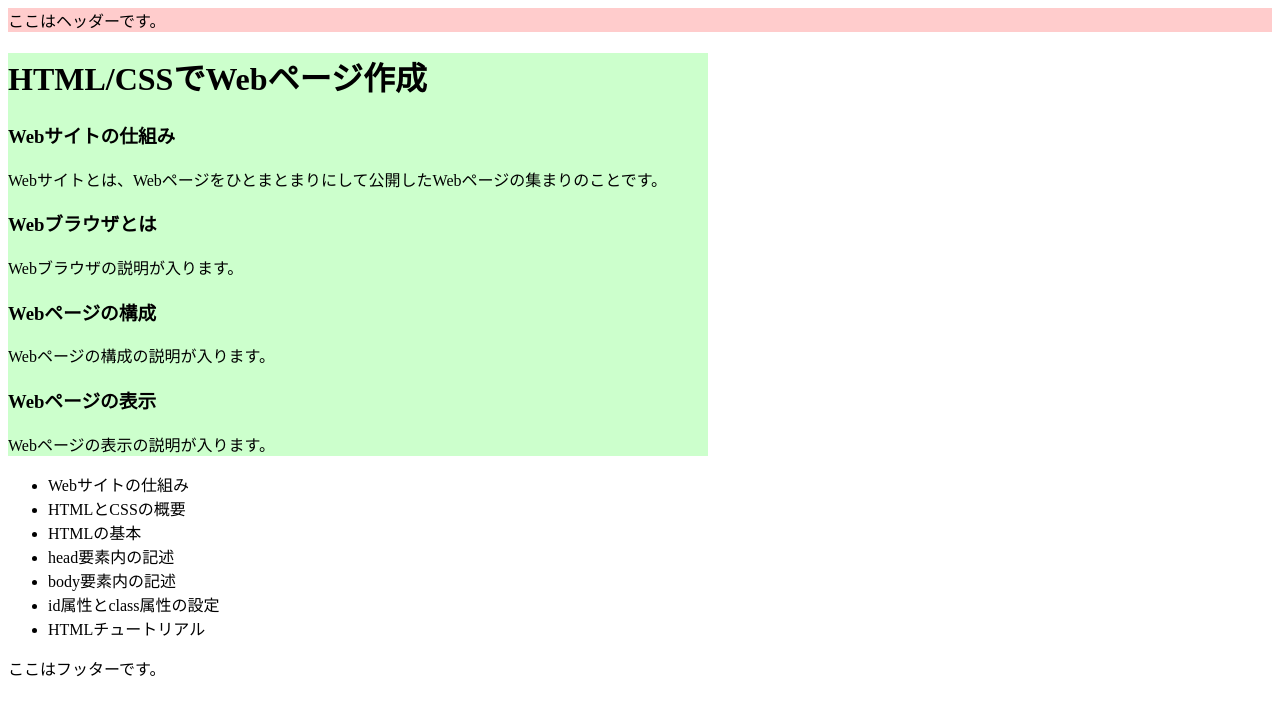
Repository: Masakazu6221/masakazu-dialog
Page: images_kitchen/kadai-html.html
The author's editor kept a record of every edit. The page is drawn from the files as they stood at one moment, then again after the next edit.
The browser window is 1280 px wide. The pictures show the whole page.

Above is the page before.

After the next edit:
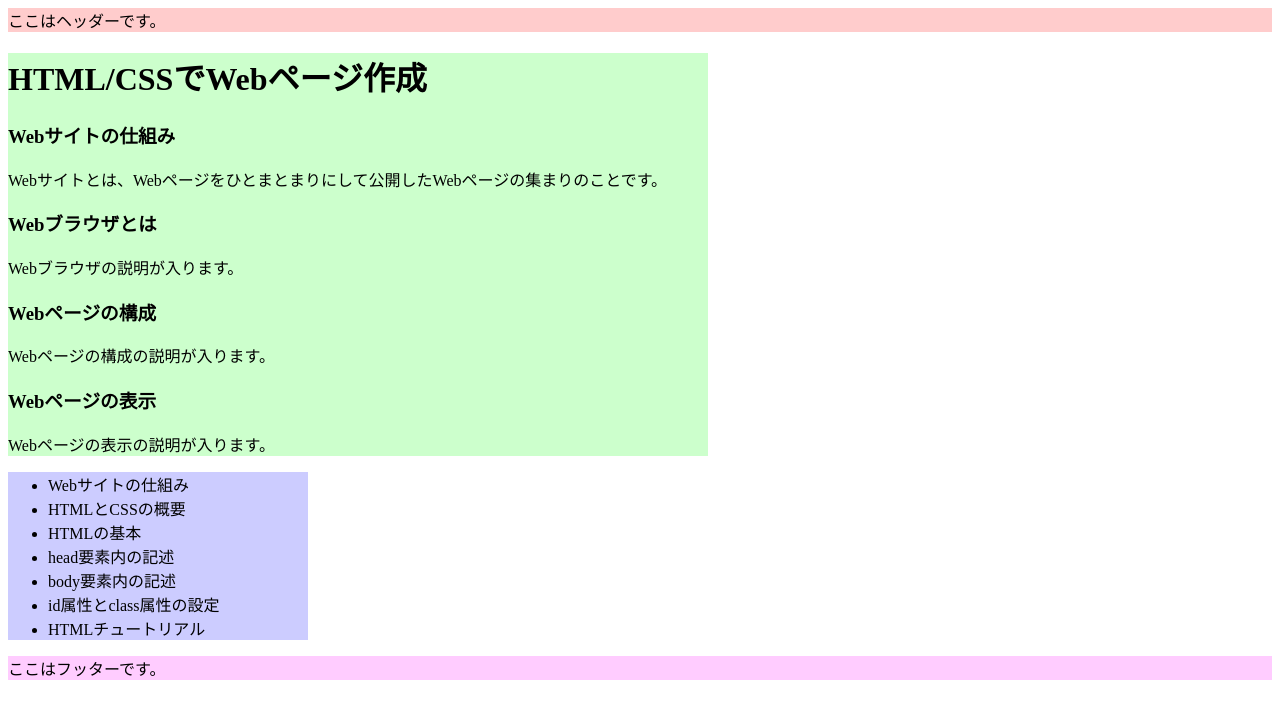
The edit:
--- a/images_kitchen/kadai-css.css
+++ b/images_kitchen/kadai-css.css
@@ -10,4 +10,8 @@
 }
 #menu{
     width:300px;
+    background:#ccccff;
 }
+footer{
+    background:#ffccff;
+}
